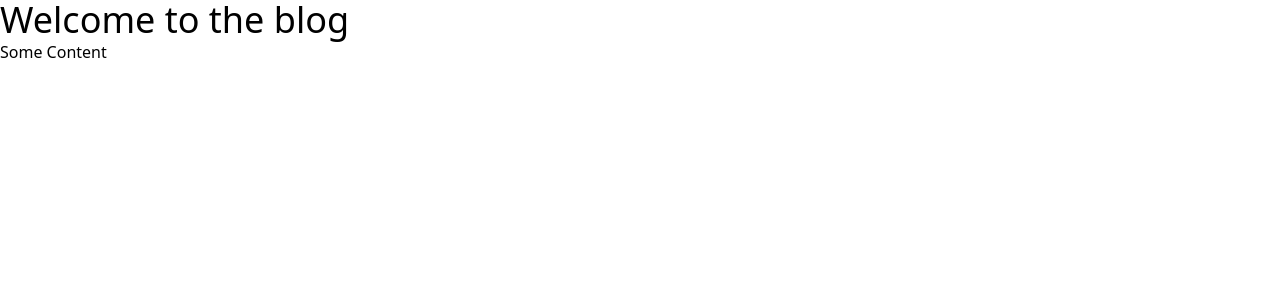
Repository: AlgoHussle/blog2023
Page: /
The author's editor kept a copy of each file at every save. The page is drawn from the files as they stood at one save, then again after a run of saves.
The browser window is 1280 px wide. The pictures show the whole page.
The project was rebuilt for these pictures with package versions that can differ from the ones it lists, and the page was loaded fresh each time. The framework's server and built-in components were replaced by stand-ins that run in the browser. Also part of the build but not shown: next.config.js.

Above is the page before, as saved 2023-01-30 13:40:23.

### app/layout.tsx
import "../styles/globals.css"


export default function RootLayout({
  children,
}: {
  children: React.ReactNode
}) {
  return (
    <html>
      <body>{children}</body>
    </html>
  )
}

### app/page.tsx
export default function Homepage() {
    return (
        <div>
            <h1 className="text-4xl">Welcome to the blog</h1>
            <p>Some Content</p>
        </div>
    )
}

Loaded but not shown: styles/globals.css (common file); tailwind.config.js (common file)

After the next 2 saves:
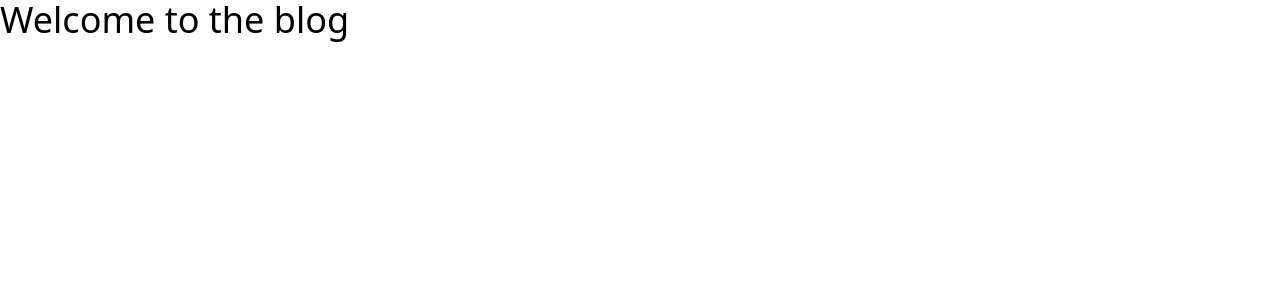
The 2 saves are shown as one change because they came seconds apart.
The last was saved 69 s later.
--- a/app/page.tsx
+++ b/app/page.tsx
@@ -2,7 +2,6 @@ export default function Homepage() {
     return (
         <div>
             <h1 className="text-4xl">Welcome to the blog</h1>
-            <p>Some Content</p>
         </div>
     )
 }
